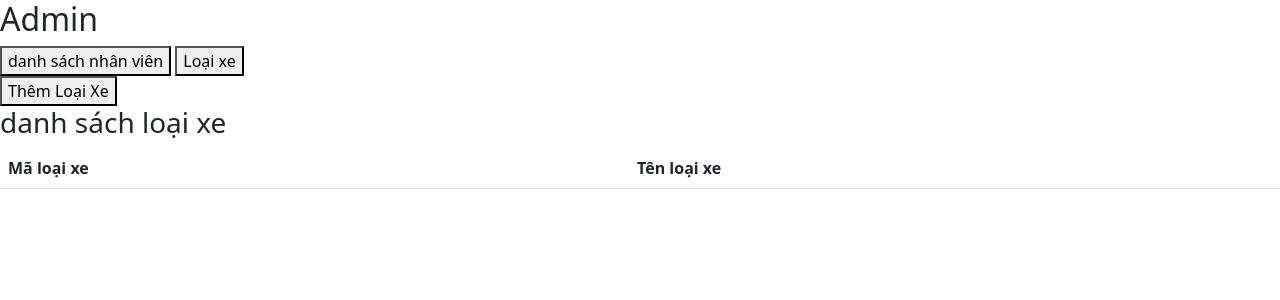
Repository: QuanghuyK1/CNPM
Page: http://localhost/CNPM/WEB-INF/views/LoaiXe/danhsach.jsp
These files come from the project's save history. The page is drawn as it stood at one moment and after the next save; the edit follows.
The browser window is 1280 px wide. The pictures show the whole page.
The page is served by Tomcat 9. Nobody is signed in. Other server files are loaded and not shown. The template is opened directly, without the code that normally fills it, so the values that code supplies are empty.

Above is the page before, as saved 2022-04-23 07:58:58.

### CNPM-main/WebXeKhach/CNPM/src/main/webapp/WEB-INF/views/LoaiXe/danhsach.jsp
<%@ page language="java" contentType="text/html; charset=utf-8"
    pageEncoding="utf-8"%>
<%@ taglib uri="http://java.sun.com/jsp/jstl/core" prefix="c"%>
<!DOCTYPE html>
<html>
<head>
<meta charset="utf-8">
<title>Insert title here</title>
<link
	href="https://cdn.jsdelivr.net/npm/bootstrap@5.1.3/dist/css/bootstrap.min.css"
	rel="stylesheet"
	integrity="sha384-1BmE4kWBq78iYhFldvKuhfTAU6auU8tT94WrHftjDbrCEXSU1oBoqyl2QvZ6jIW3"
	crossorigin="anonymous">
</head>
<body>
	<h2>Admin</h2>
	<a href = "admin/danhsach.htm"><button>danh sách nhân viên</button></a>
	<a href = "admin/loaixe.htm"><button>Loại xe</button></a>
	<form action = "loaixe.htm"><button name = "Insert">Thêm Loại Xe</button></form>
	<h3>danh sách loại xe</h3>
	<table class="table">
	<thead>
			<tr>
				<th scope="col">Mã loại xe</th>
				<th scope="col">Tên loại xe</th>
			</tr>
		</thead>
		<tbody>
			<c:forEach items="${list}" var="i">
				<c:if test="${i.trangthai == true }">
					<tr>
						<th><a href="loaixe/${i.maLX}.htm">${i.maLX }</a></th>
						<th>${i.tenLX}</th>
					</tr>
				</c:if>
			</c:forEach>
		</tbody>
	</table>
</body>
</html>

After the next save:
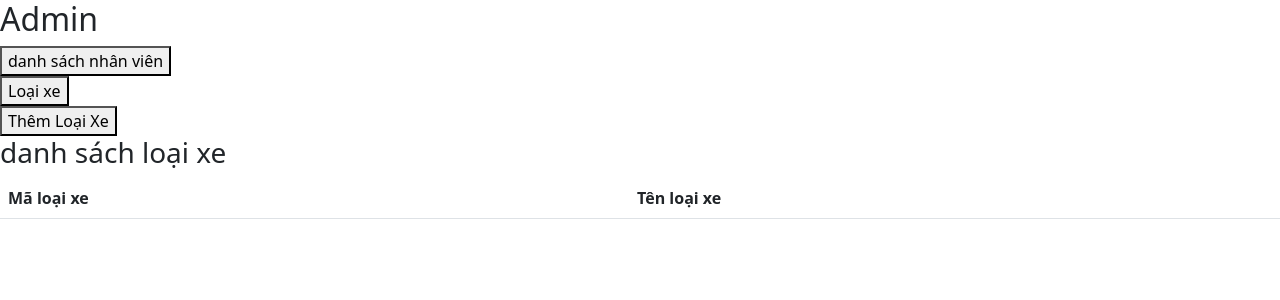
Saved 95 s later.
--- a/CNPM-main/WebXeKhach/CNPM/src/main/webapp/WEB-INF/views/LoaiXe/danhsach.jsp
+++ b/CNPM-main/WebXeKhach/CNPM/src/main/webapp/WEB-INF/views/LoaiXe/danhsach.jsp
@@ -14,7 +14,7 @@
 </head>
 <body>
 	<h2>Admin</h2>
-	<a href = "admin/danhsach.htm"><button>danh sách nhân viên</button></a>
+	<form action = "loaixe.htm"><button>danh sách nhân viên</button></form>
 	<a href = "admin/loaixe.htm"><button>Loại xe</button></a>
 	<form action = "loaixe.htm"><button name = "Insert">Thêm Loại Xe</button></form>
 	<h3>danh sách loại xe</h3>
